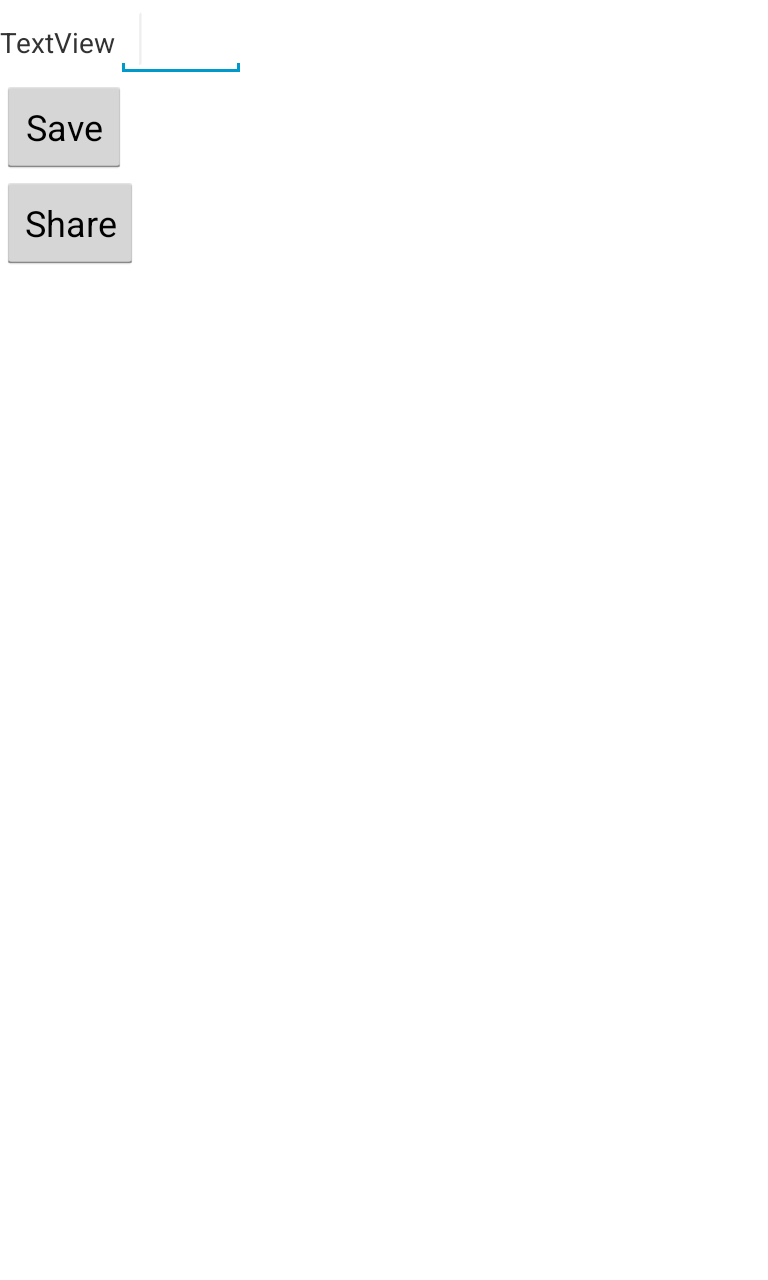
Repository: yj354/alwaysonworkspace
Layout: ListyTasky001/res/layout/activity_2_0.xml
These files come from the project's save history. The layout is drawn as it stood at one moment and after the next save; the edit follows.
It is drawn on a 768 x 1280 px phone screen (xhdpi) without system bars, with theme AppTheme; the app's code is not run.

Above is the layout before, as saved 2014-03-06 04:36:27.

### ListyTasky001/res/layout/activity_2_0.xml
<?xml version="1.0" encoding="utf-8"?>
<LinearLayout xmlns:android="http://schemas.android.com/apk/res/android"
    android:layout_width="match_parent"
    android:layout_height="match_parent"
    android:layoutMode="opticalBounds"
    android:orientation="vertical" >

	<LinearLayout
	    android:layout_width="match_parent"
	    android:layout_height="wrap_content"
	    android:layoutMode="opticalBounds"
	    android:orientation="horizontal" >

		<TextView
		    android:id="@+id/textView2.0"
		    android:layout_width="wrap_content"
		    android:layout_height="wrap_content"
		    android:text="TextView" />

		<EditText
		    android:id="@+id/editText2.0"
		    android:layout_width="66dp"
		    android:layout_height="wrap_content"
		    android:ems="10" >

		    <requestFocus />
		</EditText>

	</LinearLayout>

	<Button
	    android:id="@+id/button2.0"
	    android:layout_width="wrap_content"
	    android:layout_height="wrap_content"
	    android:text="Save" />

	<Button
	    android:id="@+id/button2.1"
	    android:layout_width="wrap_content"
	    android:layout_height="wrap_content"
	    android:text="Share" />

</LinearLayout>

Loaded but not shown: ListyTasky001/res/values/styles.xml (common file); ListyTasky001/res/values-v11/styles.xml (common file); ListyTasky001/res/values-v14/styles.xml (common file)

After the next save:
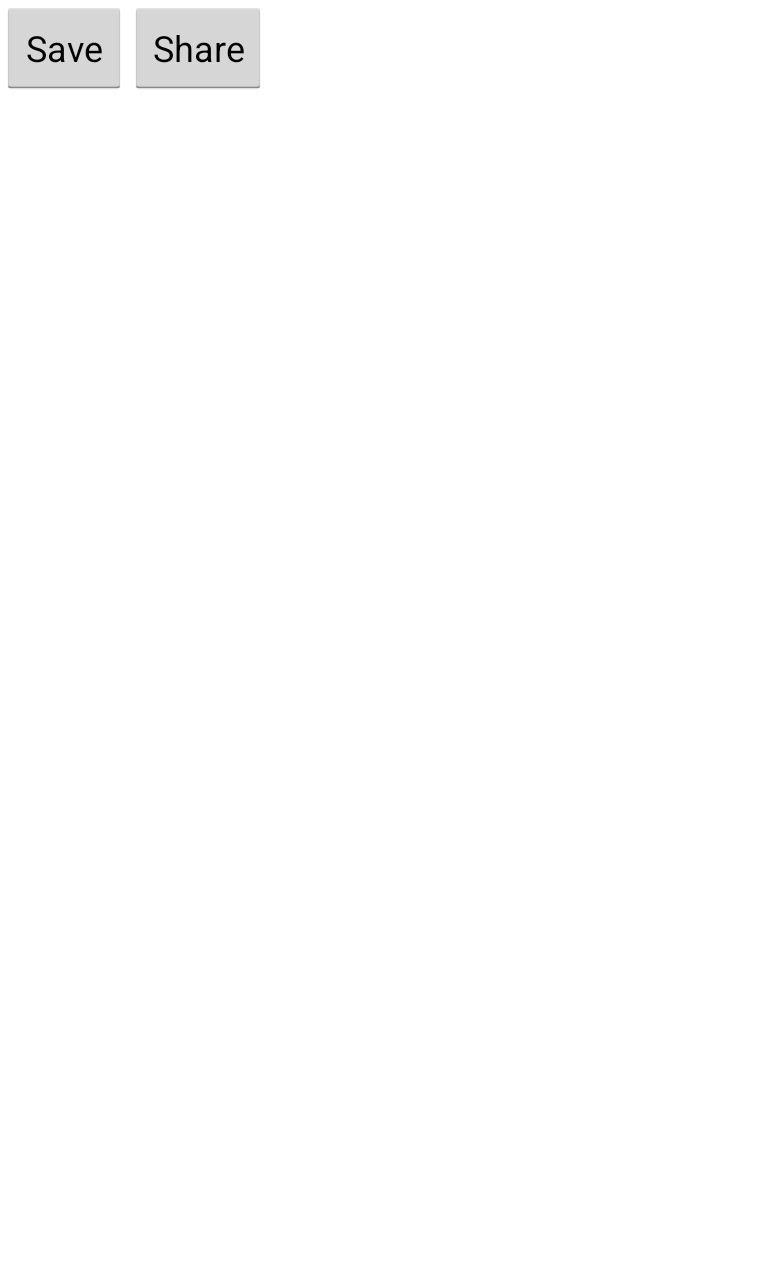
Saved 3 min 50 s later.
--- a/ListyTasky001/res/layout/activity_2_0.xml
+++ b/ListyTasky001/res/layout/activity_2_0.xml
@@ -5,39 +5,46 @@
     android:layoutMode="opticalBounds"
     android:orientation="vertical" >
 
-	<LinearLayout
-	    android:layout_width="match_parent"
-	    android:layout_height="wrap_content"
-	    android:layoutMode="opticalBounds"
-	    android:orientation="horizontal" >
+    <LinearLayout
+        android:layout_width="match_parent"
+        android:layout_height="wrap_content"
+        android:layout_weight="0.39"
+        android:layoutMode="opticalBounds"
+        android:orientation="horizontal" >
 
-		<TextView
-		    android:id="@+id/textView2.0"
-		    android:layout_width="wrap_content"
-		    android:layout_height="wrap_content"
-		    android:text="TextView" />
+        <TextView
+            android:id="@+id/textView2.0"
+            android:layout_width="wrap_content"
+            android:layout_height="wrap_content"
+            android:text="TextView" />
 
-		<EditText
-		    android:id="@+id/editText2.0"
-		    android:layout_width="66dp"
-		    android:layout_height="wrap_content"
-		    android:ems="10" >
+        <EditText
+            android:id="@+id/editText2.0"
+            android:layout_width="66dp"
+            android:layout_height="wrap_content"
+            android:ems="10" >
 
-		    <requestFocus />
-		</EditText>
+            <requestFocus />
+        </EditText>
+    </LinearLayout>
 
+    <LinearLayout
+    android:layout_width="match_parent"
+    android:layout_height="match_parent"
+    android:layoutMode="opticalBounds"
+    android:orientation="horizontal" >
+
+	    <Button
+	        android:id="@+id/button2.0"
+	        android:layout_width="wrap_content"
+	        android:layout_height="wrap_content"
+	        android:text="Save" />
+
+	    <Button
+	        android:id="@+id/button2.1"
+	        android:layout_width="wrap_content"
+	        android:layout_height="wrap_content"
+	        android:text="Share" />
 	</LinearLayout>
 
-	<Button
-	    android:id="@+id/button2.0"
-	    android:layout_width="wrap_content"
-	    android:layout_height="wrap_content"
-	    android:text="Save" />
-
-	<Button
-	    android:id="@+id/button2.1"
-	    android:layout_width="wrap_content"
-	    android:layout_height="wrap_content"
-	    android:text="Share" />
-
 </LinearLayout>
